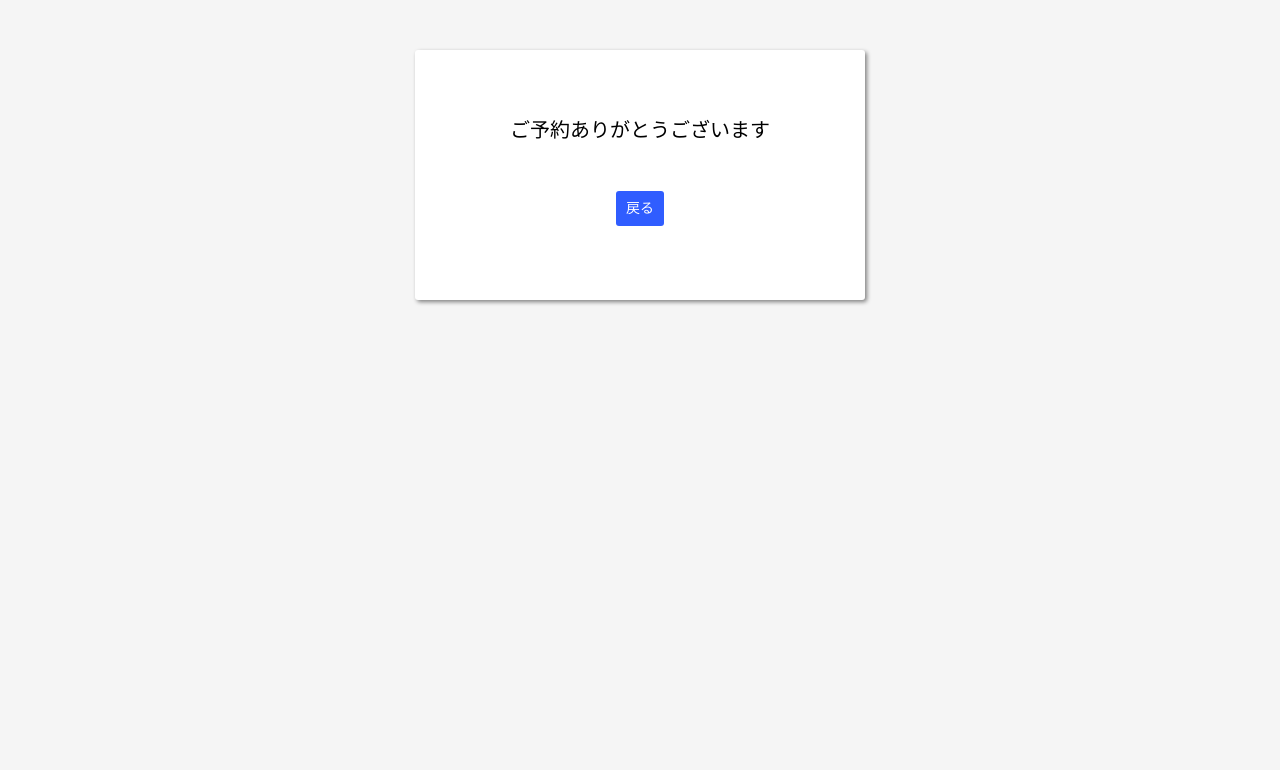
Repository: Haruka-Wada/Rese
Page: http://localhost/done
These files come from the project's save history. The page is drawn as it stood at one moment and after a run of saves; the edit follows.
The browser window is 1280 px wide. The pictures show the whole page.
After loading, the first visible `div.header__hamburger` was clicked once.
The page is served by the project's Laravel application, run on PHP 8.4 with Laravel 8. Other server files are loaded and not shown.

Above is the page before, as saved 2024-10-28 14:01:42.

### src/routes/web.php
<?php

use App\Http\Controllers\ReseController;
use Illuminate\Support\Facades\Route;

/*
|--------------------------------------------------------------------------
| Web Routes
|--------------------------------------------------------------------------
|
| Here is where you can register web routes for your application. These
| routes are loaded by the RouteServiceProvider within a group which
| contains the "web" middleware group. Now create something great!
|
*/

Route::get('/', [ReseController::class, 'index']);
Route::get('/done', [ReseController::class, 'done']);

### src/app/Http/Controllers/ReseController.php
<?php

namespace App\Http\Controllers;

use Illuminate\Http\Request;

class ReseController extends Controller
{
    function index() {
        return view('shop_all');
    }

    function done() {
        return view('done');
    }
}

### src/resources/views/done.blade.php
@extends('layouts.app')

@section('css')
<link rel="stylesheet" href="{{ asset('css/thanks_done.css') }}">
@endsection

@section('main')
<div class="main__container">
    <div class="main__text">
        <p>ご予約ありがとうございます</p>
    </div>
    <div class="main__login">
        <a class="main__login-button" href="./">戻る</a>
    </div>
</div>
@endsection

### src/resources/views/layouts/app.blade.php
<!DOCTYPE html>
<html lang="ja">

<head>
    <meta charset="UTF-8">
    <meta name="viewport" content="width=device-width, initial-scale=1.0">
    <title>Rese</title>
    <link rel="stylesheet" href="{{ asset('css/sanitize.css') }}">
    <link rel="stylesheet" href="{{ asset('css/app.css') }}">
    @yield('css')
    <script src="https://ajax.googleapis.com/ajax/libs/jquery/3.3.1/jquery.min.js"></script>
</head>

<body>
    <header>
        <div class="overlay">
            <div class="header">
                <div class="header__hamburger">
                    <span></span>
                    <span></span>
                    <span></span>
                </div>
                <h1 class="header__logo">Rese</h1>
            </div>
            <ul class="hamburger__menu">
                <li><a href="/" class="hamburger__menu-link">HOME</a></li>
                @if(Auth::check())
                <li>
                    <form action="/logout" method="post">
                        @csrf
                        <button class="hamburger__menu-logout">Logout</button>
                    </form>
                </li>
                <li><a href="/" class="hamburger__menu-link">Mypage</a></li>
                @else
                <li><a href="/register" class="hamburger__menu-link registration">Registration</a></li>
                <li><a href="/login" class="hamburger__menu-link">Login</a></li>
                @endif
            </ul>
        </div>
    </header>
    <main>
        @yield('main')
    </main>

    <script type="text/javascript">
        $(function() {
            $('.header__hamburger').click(function() {
                $('.header__hamburger,.hamburger__menu,.hamburger').toggleClass('active');
            });
        });
    </script>
</body>

</html>

### src/public/css/sanitize.css
/*
html5doctor.com Reset Stylesheet
v1.6.1
Last Updated: 2010-09-17
Author: Richard Clark - http://richclarkdesign.com
Twitter: @rich_clark
*/

html,
body,
div,
span,
object,
iframe,
h1,
h2,
h3,
h4,
h5,
h6,
p,
blockquote,
pre,
abbr,
address,
cite,
code,
del,
dfn,
em,
img,
ins,
kbd,
q,
samp,
small,
strong,
sub,
sup,
var,
b,
i,
dl,
dt,
dd,
ol,
ul,
li,
fieldset,
form,
label,
legend,
table,
caption,
tbody,
tfoot,
thead,
tr,
th,
td,
article,
aside,
canvas,
details,
figcaption,
figure,
footer,
header,
hgroup,
menu,
nav,
section,
summary,
time,
mark,
audio,
video {
    margin: 0;
    padding: 0;
    border: 0;
    outline: 0;
    font-size: 100%;
    vertical-align: baseline;
    background: transparent;
}

body {
    line-height: 1;
}

article,
aside,
details,
figcaption,
figure,
footer,
header,
hgroup,
menu,
nav,
section {
    display: block;
}

nav ul {
    list-style: none;
}

blockquote,
q {
    quotes: none;
}

blockquote:before,
blockquote:after,
q:before,
q:after {
    content: '';
    content: none;
}

a {
    margin: 0;
    padding: 0;
    font-size: 100%;
    vertical-align: baseline;
    background: transparent;
}

/* change colours to suit your needs */
ins {
    background-color: #ff9;
    color: #000;
    text-decoration: none;
}

/* change colours to suit your needs */
mark {
    background-color: #ff9;
    color: #000;
    font-style: italic;
    font-weight: bold;
}

del {
    text-decoration: line-through;
}

abbr[title],
dfn[title] {
    border-bottom: 1px dotted;
    cursor: help;
}

table {
    border-collapse: collapse;
    border-spacing: 0;
}

/* change border colour to suit your needs */
hr {
    display: block;
    height: 1px;
    border: 0;
    border-top: 1px solid #cccccc;
    margin: 1em 0;
    padding: 0;
}

input,
select {
    vertical-align: middle;
}

### src/public/css/app.css
body {
    background-color: whitesmoke;
    width: 100vw;
    height: 100vh;
    overflow-x: hidden;
}

.header {
    height: 10%;
    margin: 0 auto;
    display: flex;
    align-items: center;
    padding: 50px;
}

.header__logo {
    color: #305DFF;
    font-size: 30px;
    position: relative;
    left: 50px;
}

.header__hamburger {
    width: 40px;
    height: 40px;
    position: relative;
    position: fixed;
    background-color: #305DFF;
    border-radius: 3px;
    box-shadow: 2px 2px 4px gray;
}

.header__hamburger span {
    position: absolute;
    height: 2px;
    background-color: white;
    transition: .5s;
}

.header__hamburger span:first-of-type {
    width: 30%;
    top: 30%;
    left: 20%;
}

.header__hamburger span:nth-of-type(2) {
    width: 60%;
    top: 50%;
    left: 20%;
}

.header__hamburger span:last-of-type {
    width: 20%;
    top: 70%;
    left: 20%;
}

.hamburger__menu {
    background-color: white;
    width: 100%;
    position: fixed;
    top: 130px;
    left: 0;
    transform: translateX(-100%);
    transition: .5s;
}

.hamburger__menu li {
    text-align: center;
    list-style: none;
    line-height: 300%;
}

.hamburger__menu-link {
    color: #305DFF;
    font-size: 25px;
    text-decoration: none;
    font-weight: 550;
}

.hamburger__menu-logout {
    border: none;
    outline: none;
    background-color: white;
    color: #305DFF;
    font-size: 25px;
    margin: 20px;
}

.registration {
    display: block;
    margin: 20px;
}

.header__hamburger.active span:first-of-type {
    top: 50%;
    width: 60%;
    transform: rotate(45deg);
}

.header__hamburger.active span:nth-of-type(2) {
    opacity: 0;
}

.header__hamburger.active span:last-of-type {
    top: 50%;
    width: 60%;
    transform: rotate(-45deg);
}

.hamburger__menu.active {
    transform: translateX(0);
    z-index: 1;
}

.overlay {
    background-color: white;
    position: absolute;
    top: 0;
    left: 0;
    display: block;
    width: 100%;
    height: 100%;
    transform: translateX(-100%);
    transition: .5s;
}

.overlay.active {
    transform: translateX(0);
}

### src/public/css/thanks_done.css
.main__container {
    width: 450px;
    height: 250px;
    margin: 50px auto;
    background-color: white;
    border-radius: 3px;
    box-shadow: 2px 2px 4px gray;
}

.main__text {
    text-align: center;
    font-size: 20px;
    padding: 70px 0 60px;
}

.main__login {
    text-align: center;
}

.main__login-button {
    text-decoration: none;
    background-color: #305DFF;
    color: white;
    padding: 10px;
    border-radius: 3px;
    font-size: 14px;
}

Loaded but not shown: src/app/Http/Controllers/Controller.php (common file)

After the next 2 saves:
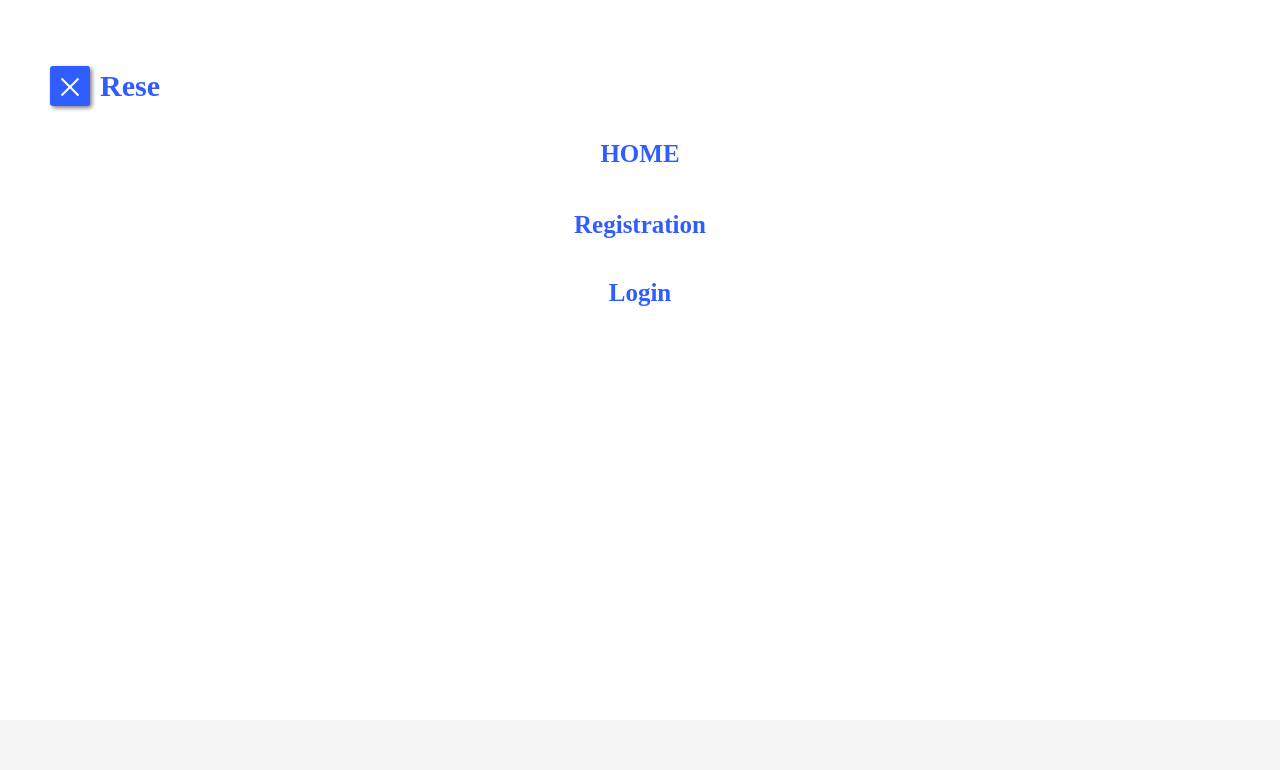
The 2 saves are shown as one change because they came seconds apart.
The last was saved 21 s later.
--- a/src/resources/views/layouts/app.blade.php
+++ b/src/resources/views/layouts/app.blade.php
@@ -46,7 +46,7 @@
     <script type="text/javascript">
         $(function() {
             $('.header__hamburger').click(function() {
-                $('.header__hamburger,.hamburger__menu,.hamburger').toggleClass('active');
+                $('.header__hamburger,.hamburger__menu,.overlay').toggleClass('active');
             });
         });
     </script>
